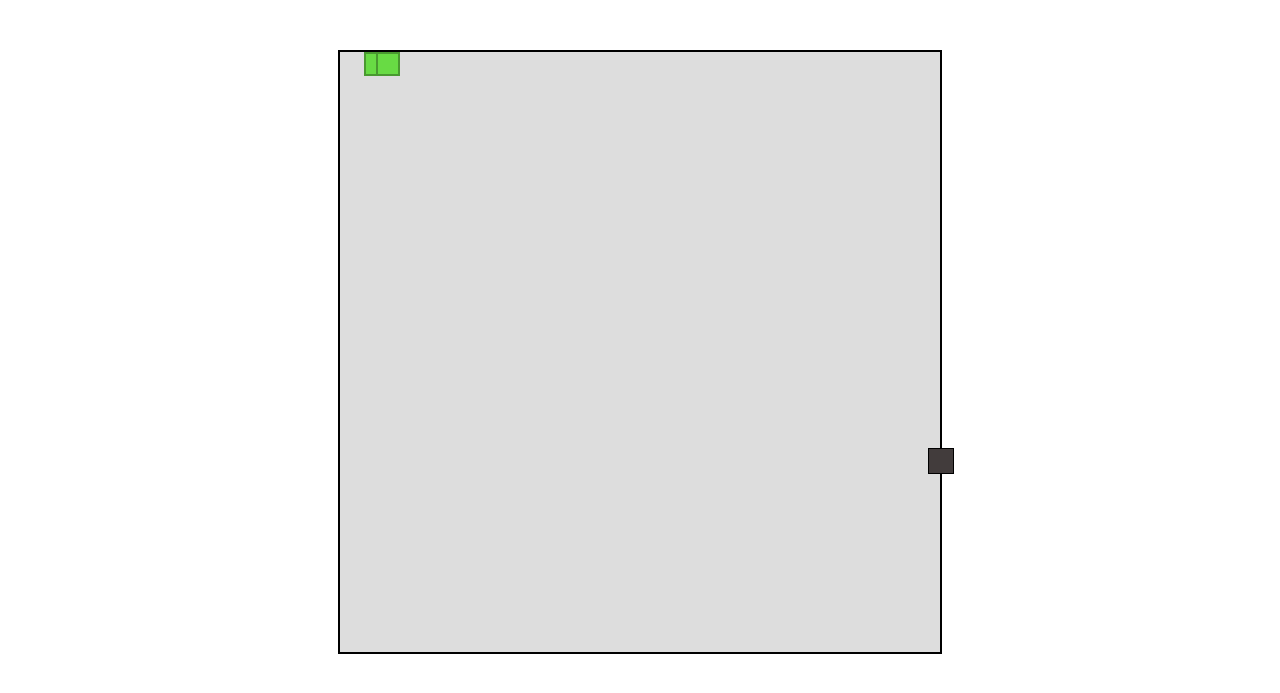
Repository: Krashgul/React_Snake_Game
Page: /
The author's editor kept a copy of each file at every save. The page is drawn from the files as they stood at one save, then again after the next save.
The browser window is 1280 px wide. The pictures show the whole page.
The project was rebuilt for these pictures with package versions that can differ from the ones it lists, and the page was loaded fresh each time.

Above is the page before, as saved 2021-02-25 02:29:34.

After the next save:
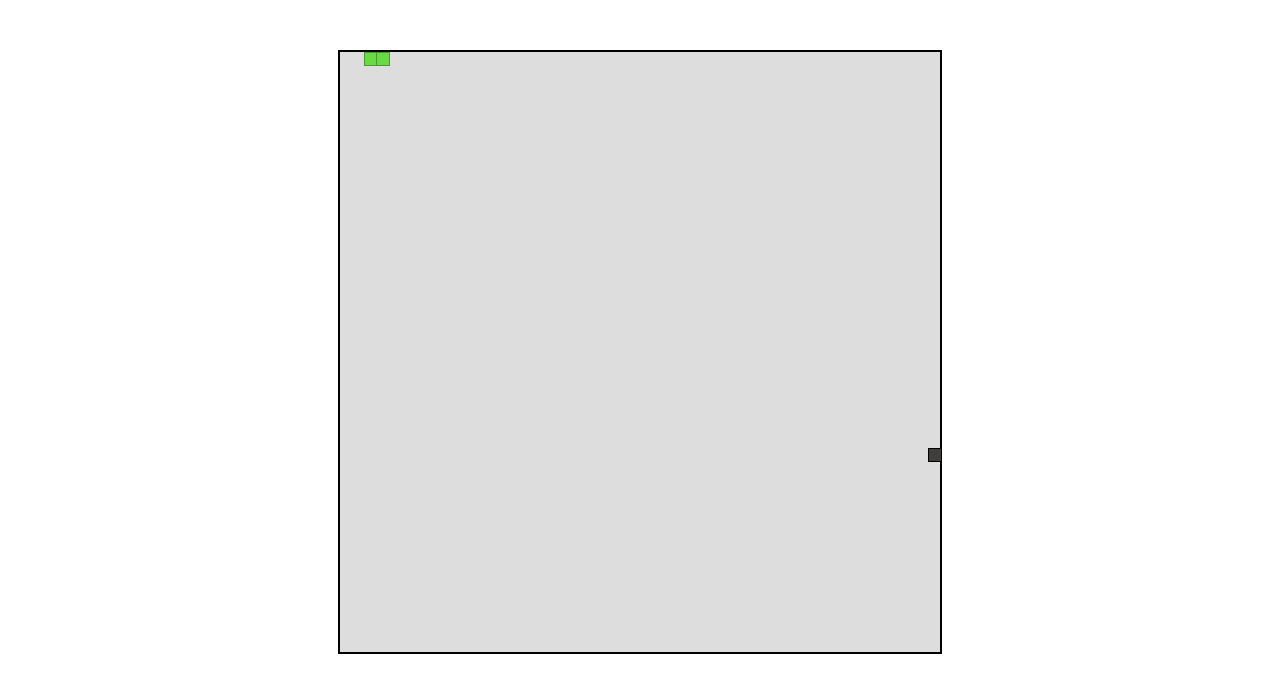
Saved 30 s later.
--- a/src/index.css
+++ b/src/index.css
@@ -9,18 +9,17 @@
 
 .snake-dot {
   position: absolute;
-  box-sizing: border-box;
-  width: 4%;
-  height: 4%;
+  width: 2%;
+  height: 2%;
   background-color: rgb(104, 219, 68);
-  border: 2px solid rgb(73, 153, 48);
+  border: 1px solid rgb(73, 153, 48);
   z-index: 2;
 }
 
 .snake-food {
   position: absolute;
-  width: 4%;
-  height: 4%;
+  width: 2%;
+  height: 2%;
   background: rgb(66, 60, 60);
   border: 1px solid #000;
   z-index: 1;
